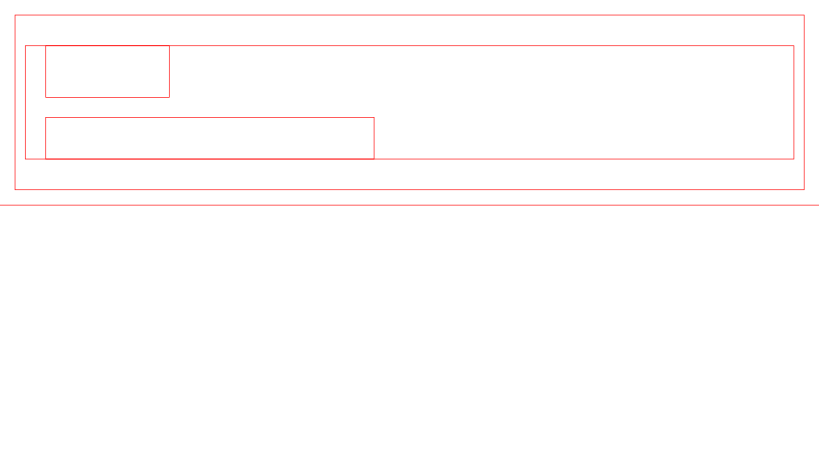
Repository: JacobSkilling-dot/Project1-Blog
Page: Week3-Blog.html
The author's editor kept a copy of each file at every save. The page is drawn from the files as they stood at one save, then again after the next save.
The browser window is 1280 px wide. The pictures show the whole page, at 64% of full size.

Above is the page before, as saved 2023-01-16 19:59:58.

After the next save:
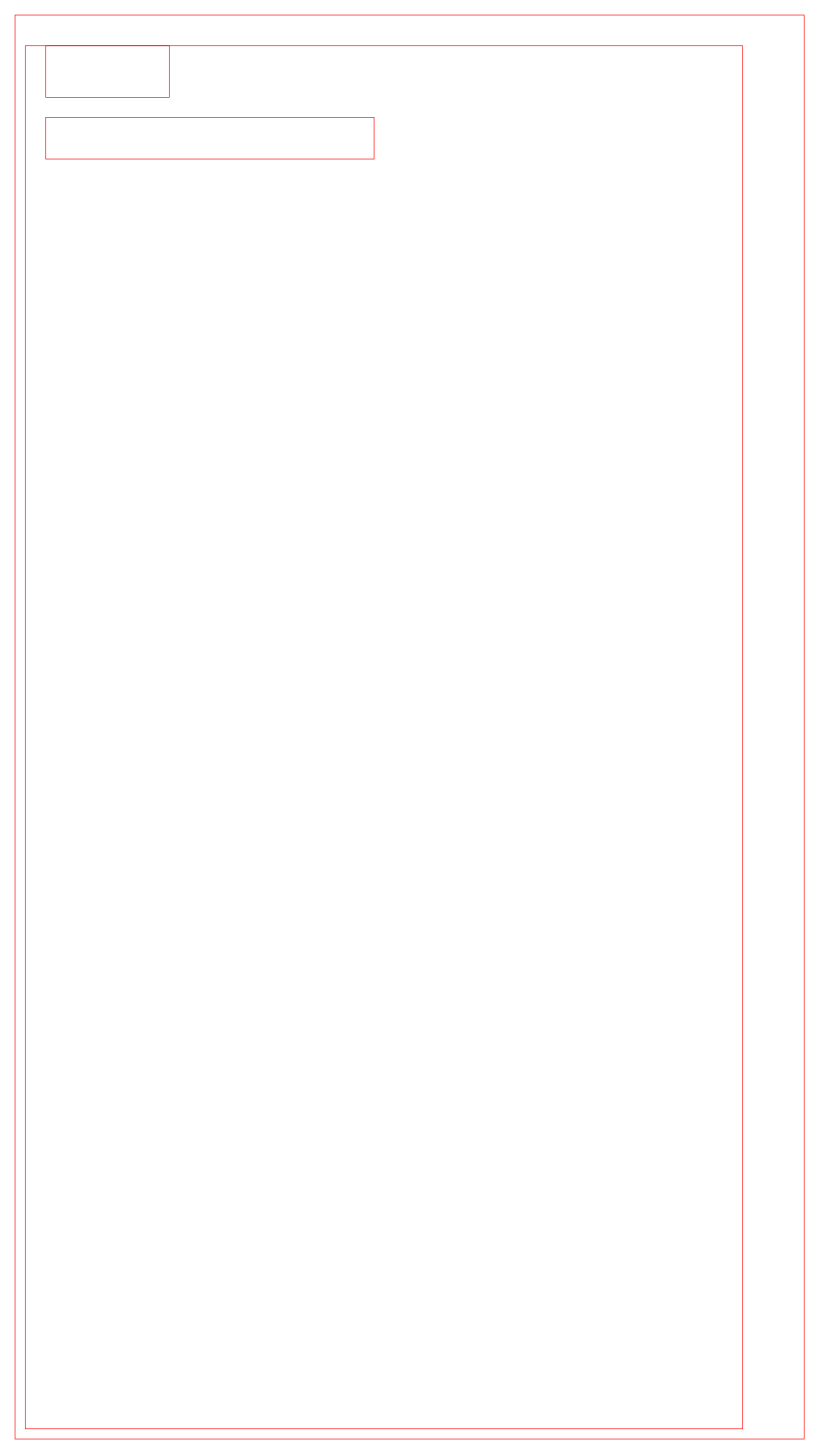
Saved 4 s later.
--- a/Week3-Blog.html
+++ b/Week3-Blog.html
@@ -15,8 +15,8 @@
 
             .main-content{
                 padding: 0;
-                width: 70rem
-                height: 300vh
+                width: 70rem;
+                height: 300vh;
 
             }
 
